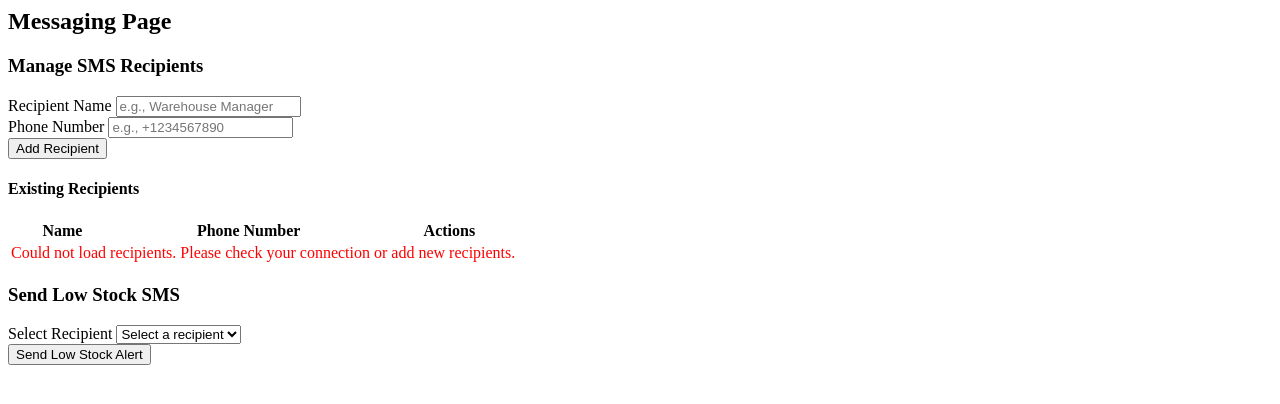
Repository: AdrianLeAsian/InventorySystem
Page: http://localhost/pages/messaging.php
The author's editor kept a copy of each file at every save. The page is drawn from the files as they stood at one save, then again after the next save.
The browser window is 1280 px wide. The pictures show the whole page.
The page is run by PHP 8.4 with error messages shown; the project is at /var/www/html/.

Above is the page before, as saved 2025-07-16 12:00:11.

### pages/messaging.php
<div class="page">
    <div class="card">
        <div class="card__header">
            <h2 class="card__title">Messaging Page</h2>
        </div>
        <div class="card__body">
            <div class="card mb-4">
                <div class="card__header">
                    <h3 class="card__title">Manage SMS Recipients</h3>
                </div>
                <div class="card__body">
                    <form class="form" id="addRecipientForm">
                        <div class="form__row">
                            <div class="form__group col-6">
                                <label class="form__label" for="newRecipientName">Recipient Name</label>
                                <input type="text" id="newRecipientName" class="form__input" placeholder="e.g., Warehouse Manager" required>
                            </div>
                            <div class="form__group col-6">
                                <label class="form__label" for="newRecipientPhoneNumber">Phone Number</label>
                                <input type="tel" id="newRecipientPhoneNumber" class="form__input" placeholder="e.g., +1234567890" pattern="^\+?[0-9]{10,15}$" required>
                            </div>
                        </div>
                        <div class="d-flex justify-content-end mt-3">
                            <button type="submit" class="btn btn--primary">Add Recipient</button>
                        </div>
                    </form>
                    <div id="addRecipientStatusMessage" class="mt-3" style="display: none;"></div>

                    <h4 class="mt-4">Existing Recipients</h4>
                    <div class="table-responsive">
                        <table class="table table--striped">
                            <thead>
                                <tr>
                                    <th>Name</th>
                                    <th>Phone Number</th>
                                    <th>Actions</th>
                                </tr>
                            </thead>
                            <tbody id="recipientsTableBody">
                                <!-- Recipients will be loaded here by JavaScript -->
                            </tbody>
                        </table>
                    </div>
                </div>
            </div>

            <div class="card">
                <div class="card__header">
                    <h3 class="card__title">Send Low Stock SMS</h3>
                </div>
                <div class="card__body">
                    <div class="form__group">
                        <label class="form__label" for="smsRecipientSelect">Select Recipient</label>
                        <select id="smsRecipientSelect" class="form__input" required>
                            <option value="">Select a recipient</option>
                            <!-- Options will be loaded here by JavaScript -->
                        </select>
                    </div>
                    <div class="d-flex justify-content-end mt-4">
                        <button type="button" id="sendLowStockSmsBtn" class="btn btn--primary">Send Low Stock Alert</button>
                    </div>
                    <div id="smsStatusMessage" class="mt-3" style="display: none;"></div>
                </div>
            </div>
        </div>
    </div>
</div>
<script src="js/messaging.js"></script>

### js/messaging.js
document.addEventListener('DOMContentLoaded', function() {
    // Elements for SMS Sending
    const sendLowStockSmsBtn = document.getElementById('sendLowStockSmsBtn');
    const smsRecipientSelect = document.getElementById('smsRecipientSelect');
    const smsStatusMessageDiv = document.getElementById('smsStatusMessage');

    // Elements for Recipient Management
    const addRecipientForm = document.getElementById('addRecipientForm');
    const newRecipientNameInput = document.getElementById('newRecipientName');
    const newRecipientPhoneNumberInput = document.getElementById('newRecipientPhoneNumber');
    const addRecipientStatusMessageDiv = document.getElementById('addRecipientStatusMessage');
    const recipientsTableBody = document.getElementById('recipientsTableBody');

    // --- SMS Sending Logic ---
    if (sendLowStockSmsBtn) {
        sendLowStockSmsBtn.addEventListener('click', function() {
            const recipientId = smsRecipientSelect.value;

            if (!recipientId) {
                displayStatusMessage(smsStatusMessageDiv, 'Please select a recipient.', 'error');
                return;
            }

            displayStatusMessage(smsStatusMessageDiv, 'Sending SMS...', 'info');
            sendLowStockSmsBtn.disabled = true;

            fetch('ajax/send_low_stock_sms.php', {
                method: 'POST',
                headers: {
                    'Content-Type': 'application/x-www-form-urlencoded',
                },
                body: 'recipient_id=' + encodeURIComponent(recipientId)
            })
            .then(response => response.json())
            .then(data => {
                if (data.success) {
                    displayStatusMessage(smsStatusMessageDiv, data.message, 'success');
                } else {
                    displayStatusMessage(smsStatusMessageDiv, data.message, 'error');
                }
            })
            .catch(error => {
                console.error('Error:', error);
                displayStatusMessage(smsStatusMessageDiv, 'An error occurred while sending the SMS.', 'error');
            })
            .finally(() => {
                sendLowStockSmsBtn.disabled = false;
            });
        });
    }

    // --- Recipient Management Logic ---
    if (addRecipientForm) {
        addRecipientForm.addEventListener('submit', function(event) {
            event.preventDefault(); // Prevent default form submission

            const name = newRecipientNameInput.value.trim();
            const phoneNumber = newRecipientPhoneNumberInput.value.trim();

            if (!name || !phoneNumber) {
                displayStatusMessage(addRecipientStatusMessageDiv, 'Both name and phone number are required.', 'error');
                return;
            }
            if (!/^\+?[0-9]{10,15}$/.test(phoneNumber)) {
                displayStatusMessage(addRecipientStatusMessageDiv, 'Invalid phone number format. Please include country code (e.g., +1234567890).', 'error');
                return;
            }

            displayStatusMessage(addRecipientStatusMessageDiv, 'Adding recipient...', 'info');

            fetch('ajax/add_sms_recipient.php', {
                method: 'POST',
                headers: {
                    'Content-Type': 'application/x-www-form-urlencoded',
                },
                body: 'name=' + encodeURIComponent(name) + '&phone_number=' + encodeURIComponent(phoneNumber)
            })
            .then(response => response.json())
            .then(data => {
                if (data.success) {
                    displayStatusMessage(addRecipientStatusMessageDiv, data.message, 'success');
                    newRecipientNameInput.value = ''; // Clear form
                    newRecipientPhoneNumberInput.value = '';
                    loadRecipients(); // Reload recipients list
                } else {
                    displayStatusMessage(addRecipientStatusMessageDiv, data.message, 'error');
                }
            })
            .catch(error => {
                console.error('Error:', error);
                displayStatusMessage(addRecipientStatusMessageDiv, 'An error occurred while adding the recipient.', 'error');
            });
        });
    }

    // Delegate event listener for delete buttons
    if (recipientsTableBody) {
        recipientsTableBody.addEventListener('click', function(event) {
            if (event.target.classList.contains('delete-recipient-btn')) {
                const recipientId = event.target.dataset.id;
                if (confirm('Are you sure you want to delete this recipient?')) {
                    deleteRecipient(recipientId);
                }
            }
        });
    }

    function loadRecipients() {
        fetch('ajax/get_sms_recipients.php')
            .then(response => response.json())
            .then(data => {
                recipientsTableBody.innerHTML = ''; // Clear current table
                smsRecipientSelect.innerHTML = '<option value="">Select a recipient</option>'; // Clear current dropdown

                if (data.success && data.recipients.length > 0) {
                    data.recipients.forEach(recipient => {
                        // Populate table
                        const row = recipientsTableBody.insertRow();
                        row.innerHTML = `
                            <td>${recipient.name}</td>
                            <td>${recipient.phone_number}</td>
                            <td><button class="btn btn--danger btn--sm delete-recipient-btn" data-id="${recipient.id}">Delete</button></td>
                        `;

                        // Populate dropdown
                        const option = document.createElement('option');
                        option.value = recipient.id;
                        option.textContent = `${recipient.name} (${recipient.phone_number})`;
                        smsRecipientSelect.appendChild(option);
                    });
                } else {
                    recipientsTableBody.innerHTML = '<tr><td colspan="3">No recipients found.</td></tr>';
                }
            })
            .catch(error => {
                console.error('Error loading recipients:', error);
                recipientsTableBody.innerHTML = '<tr><td colspan="3" style="color: red;">Could not load recipients. Please check your connection or add new recipients.</td></tr>';
            });
    }

    function deleteRecipient(id) {
        fetch('ajax/delete_sms_recipient.php', {
            method: 'POST',
            headers: {
                'Content-Type': 'application/x-www-form-urlencoded',
            },
            body: 'id=' + encodeURIComponent(id)
        })
        .then(response => response.json())
        .then(data => {
            if (data.success) {
                displayStatusMessage(addRecipientStatusMessageDiv, data.message, 'success');
                loadRecipients(); // Reload recipients list
            } else {
                displayStatusMessage(addRecipientStatusMessageDiv, data.message, 'error');
            }
        })
        .catch(error => {
            console.error('Error deleting recipient:', error);
            displayStatusMessage(addRecipientStatusMessageDiv, 'An error occurred while deleting the recipient.', 'error');
        });
    }

    // --- Utility Function for Status Messages ---
    function displayStatusMessage(element, message, type) {
        element.textContent = message;
        element.style.display = 'block';
        element.style.color = ''; // Reset color
        element.style.backgroundColor = ''; // Reset background
        element.style.padding = '10px';
        element.style.border = '1px solid';
        element.style.borderRadius = '5px';

        if (type === 'success') {
            element.style.color = 'green';
            element.style.backgroundColor = '#e6ffe6';
            element.style.borderColor = 'green';
        } else if (type === 'error') {
            element.style.color = 'red';
            element.style.backgroundColor = '#ffe6e6';
            element.style.borderColor = 'red';
        } else if (type === 'info') {
            element.style.color = 'blue';
            element.style.backgroundColor = '#e6f2ff';
            element.style.borderColor = 'blue';
        }
    }

    // Initial load of recipients when the page loads
    loadRecipients();
});

### ajax/get_sms_recipients.php
<?php
/**
 * get_sms_recipients.php
 *
 * This script handles the AJAX request for fetching all SMS recipients
 * from the `sms_recipients` table. It returns a JSON array of recipients.
 */

// Disable display errors and set error reporting for production environment
ini_set('display_errors', 0);
error_reporting(E_ALL & ~E_NOTICE & ~E_WARNING);

// Include the database configuration file
require_once '../config/db.php';

// Set the content type to JSON for the response
header('Content-Type: application/json');

// Initialize the response array
$response = ['success' => false, 'message' => '', 'recipients' => []];

// Check if the request method is GET
if ($_SERVER['REQUEST_METHOD'] === 'GET') {
    // Prepare a select statement
    $sql = "SELECT id, name, phone_number FROM sms_recipients ORDER BY name ASC";
    if ($result = mysqli_query($conn, $sql)) {
        if (mysqli_num_rows($result) > 0) {
            while ($row = mysqli_fetch_assoc($result)) {
                $response['recipients'][] = [
                    'id' => $row['id'],
                    'name' => htmlspecialchars($row['name']),
                    'phone_number' => htmlspecialchars($row['phone_number'])
                ];
            }
            $response['success'] = true;
        } else {
            $response['message'] = 'No recipients found.';
            $response['success'] = true; // Still a success, just no data
        }
        mysqli_free_result($result);
    } else {
        $response['message'] = 'Database query failed: ' . mysqli_error($conn);
    }
} else {
    $response['message'] = 'Invalid request method.';
}

echo json_encode($response);
?>

After the next save:
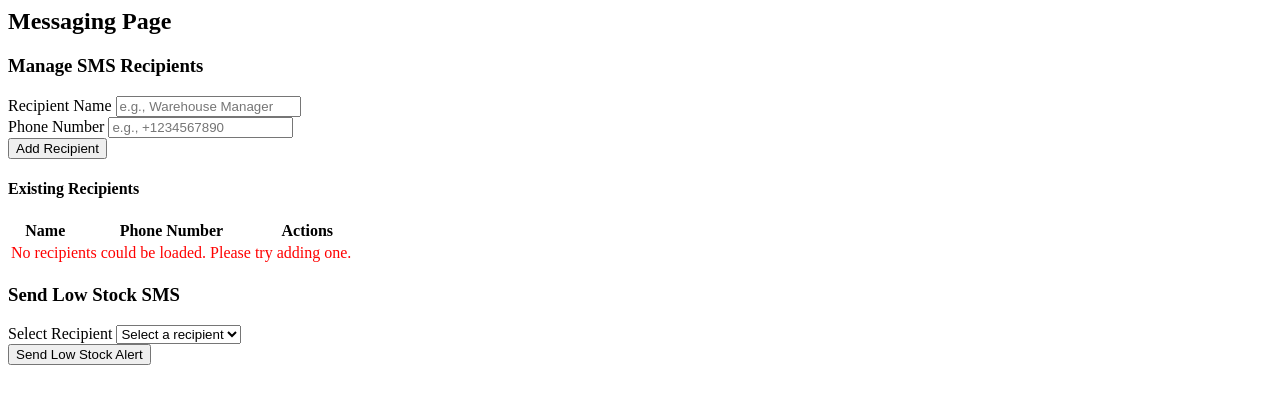
Saved 22 s later.
--- a/js/messaging.js
+++ b/js/messaging.js
@@ -134,7 +134,7 @@ document.addEventListener('DOMContentLoaded', function() {
             })
             .catch(error => {
                 console.error('Error loading recipients:', error);
-                recipientsTableBody.innerHTML = '<tr><td colspan="3" style="color: red;">Could not load recipients. Please check your connection or add new recipients.</td></tr>';
+                recipientsTableBody.innerHTML = '<tr><td colspan="3" style="color: red;">No recipients could be loaded. Please try adding one.</td></tr>';
             });
     }
 
